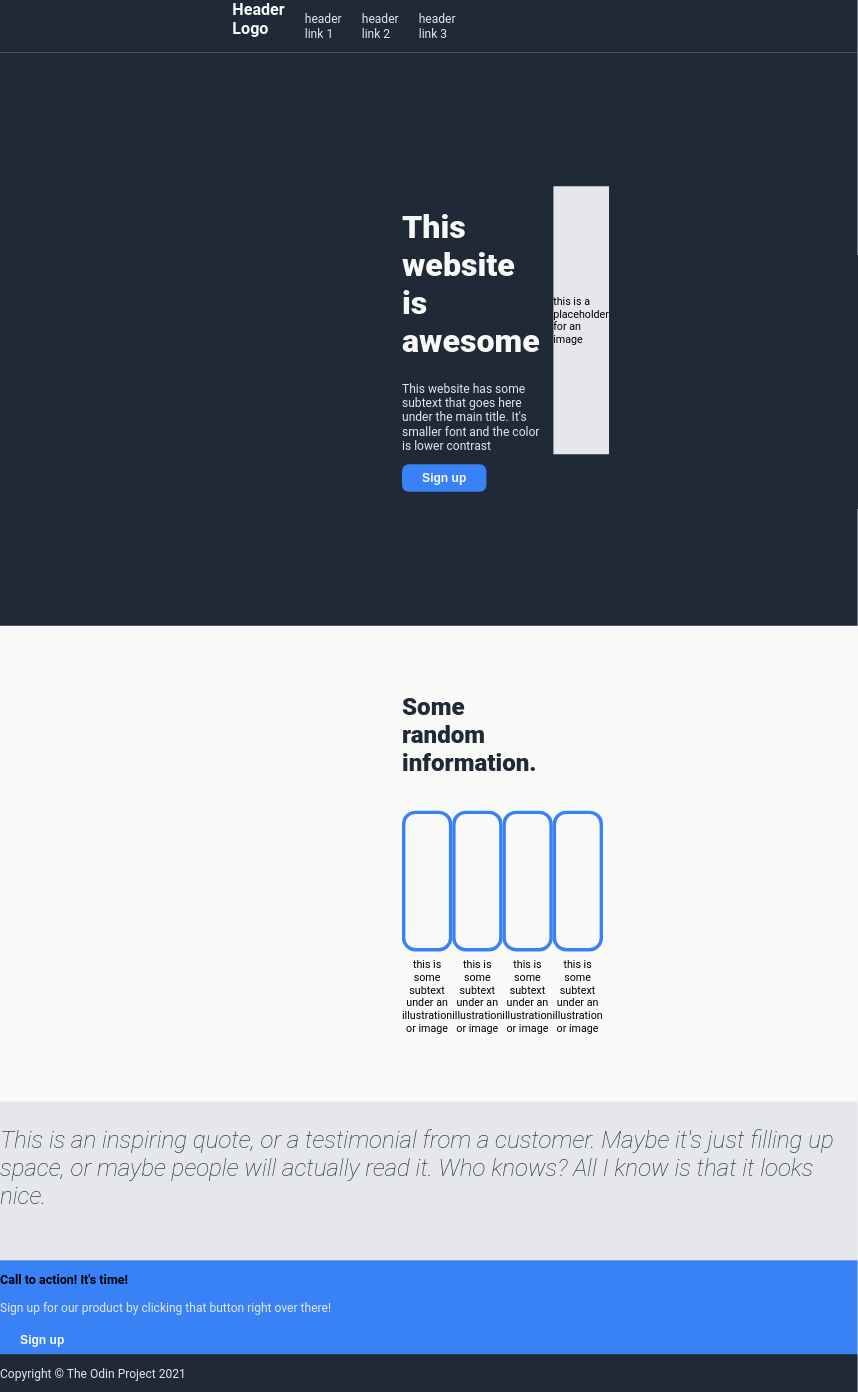
Repository: rsoetydev/landing-page
Page: index.html
An editor plug-in stored every save of this project. The page is shown before and after the next save, followed by the edit.
The browser window is 1280 px wide. The pictures show the whole page, at 67% of full size.

Above is the page before, as saved 2023-11-28 10:30:42.

### index.html
<!DOCTYPE html>
<html lang="en">
<head>
    <meta charset="UTF-8">
    <meta name="viewport" content="width=device-width, initial-scale=1.0">
    <title>Landing Page</title>
    <link rel="stylesheet" href="style.css">
</head>
<body>
    <div class="header">
        <h2 class="header-logo">Header Logo</h2>
        <p class="link-1">header link 1 </p>
        <p class="link-2">header link 2</p>
        <p class="link-3"> header link 3</p>
    </div>

    <div class="hero">
        <div class="hero-text">
            <h1 class="hero-title">This website is awesome</h1>
            <p class="hero-subtext">This website has some subtext that goes here under the main title. It's smaller font and the color is lower contrast</p>
            <button class="sign-up">Sign up</button>
        </div>
        <div class="hero-image-cont">
            this is a placeholder for an image
        </div>
    </div>

    <div class="info">
        <h2 class="info-title">Some random information.</h2>
        <div class="item-cont">
            <div class="item">
                <div class="item-pic"></div>
                <div class="item-text">this is some subtext under an illustration or image</div>
            </div>
            <div class="item">
                <div class="item-pic"></div>
                <div class="item-text">this is some subtext under an illustration or image</div>
            </div>
            <div class="item">
                <div class="item-pic"></div>
                <div class="item-text">this is some subtext under an illustration or image</div>
            </div>
            <div class="item">
                <div class="item-pic"></div>
                <div class="item-text">this is some subtext under an illustration or image</div>
            </div>
        </div>
    </div>

    <div class="quote">
        <p class="quote-text">
            This is an inspiring quote, or a testimonial from a customer. Maybe it's just filling up space, or maybe people will actually read it. Who knows? All I know is that it looks nice.
        </p>
        <p class="quote-author">-Thor, God of Thunder</p>
    </div>

    <div class="c2a">
        <div class="c2a-sub">
            <div class="c2a-text-container">
                <h3>Call to action! It's time!</h3>
                <p class="c2a-text">Sign up for our product by clicking that button right over there!</p>
            </div>
            <button class="c2a-sign-up">Sign up</button>
        </div>
    </div>

    <div class="footer">
        <p class="copyright">Copyright © The Odin Project 2021</p>
    </div>

</body>
</html>

### style.css


:root {
    --dark: #1F2937;
    --gray: #E5E7EB;
    --white: #F9FAF8;
    --blue: #3882F6;

    font-family: 'Roboto', arial;
}

body{
    background-color:var(--white);
    padding: 0;
    margin: 0;
    display: flex;
    flex-direction: column;
}

h1{
    font-size:48px;
    font-weight:900;
    color: var(--white);
}

p{
    color: var(--gray);
    font-size: 18px;
}

h2{
    color: var(--white);
    font-size: 24px;
    font: weight 600px;
    padding:0px;
    margin: 0px;
}

.info-title {
    font-size: 36px;
    color:var(--dark);
    font-weight: 900;
}

.quote-text {
    font-size: 36px;
    font-style: italic;
    font-weight: 200;
    color:var(--dark);
}

button{
    background-color: var(--blue);
    color:var(--white);
    font-size: 18px;
    font-weight: 600;
    padding: 10px 30px;
    border: none;
    border-radius: 10px;
}

.header{
    display:flex;
    background-color: var(--dark);
    justify-content: flex-end;
    gap:30px;
    padding: 0px 600px;
}

.header-logo{
    flex: 1;
}

.hero{
    display:flex;
    background-color: var(--dark);
    padding: 200px 600px;
    justify-content:space-between;
    gap: 20px;
}

.hero-image-cont{
    background-color:var(--gray);
    display:flex;
    justify-content: center;
    align-items: center;
    width: 800px;
    height: 400px;
}

.info-title{
    text-align: center;
    padding: 0 0 50px 0;
}

.info{
    display: flex;
    flex-direction: column;
    justify-content: center;
    padding: 100px 600px;
}

.item-cont{
    display:flex;
    justify-content: space-evenly;
}

.item{
    display:flex;
    flex-direction: column;
    width: 200px;
    gap: 10px;
}

.item-pic{
    height:200px;
    flex-grow: 1;
    border-style: solid;
    border-color: var(--blue);
    border-radius: 20px;
    border-width: 5px;
}

.item-text{
    text-align: center;
}

.quote{
    background-color: var(--gray);
    height 300px;

}

.c2a{
    background-color: var(--blue);
}

.footer{
    background-color: var(--dark);
}

After the next save:
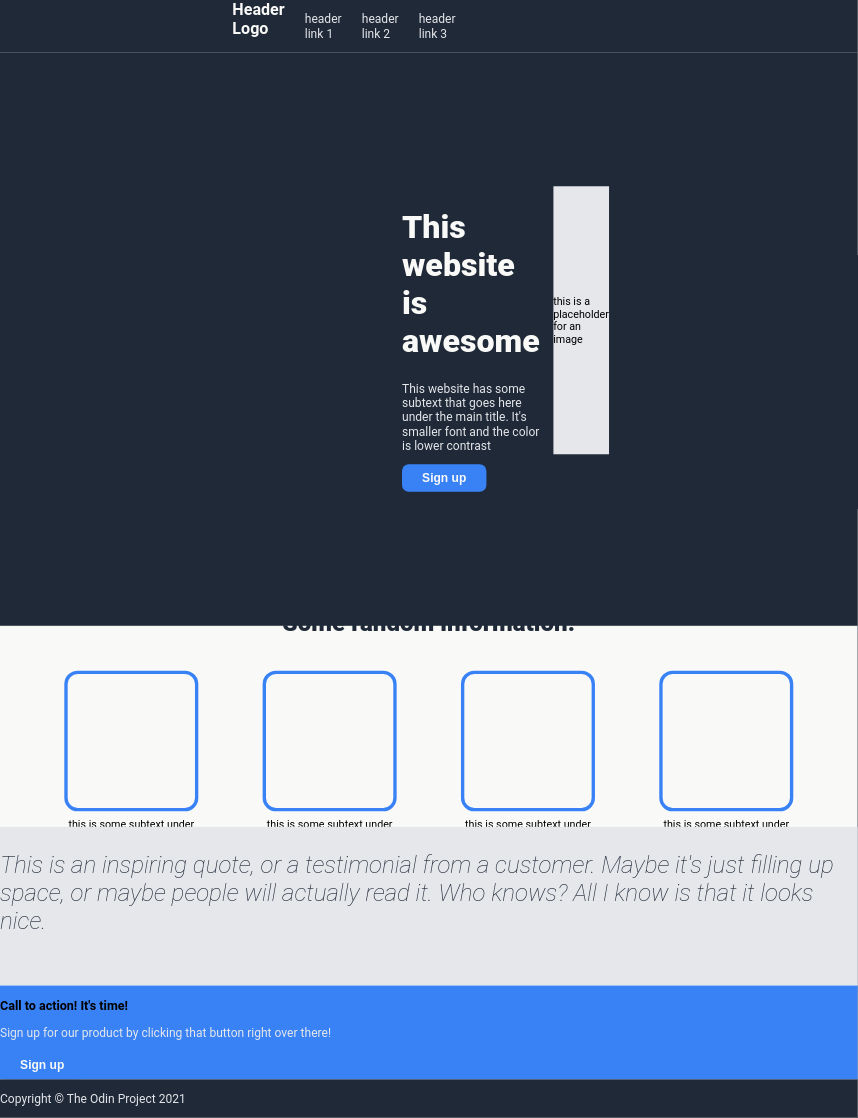
Saved 18 s later.
--- a/style.css
+++ b/style.css
@@ -97,7 +97,7 @@ button{
     display: flex;
     flex-direction: column;
     justify-content: center;
-    padding: 100px 600px;
+    height: 300px;
 }
 
 .item-cont{
